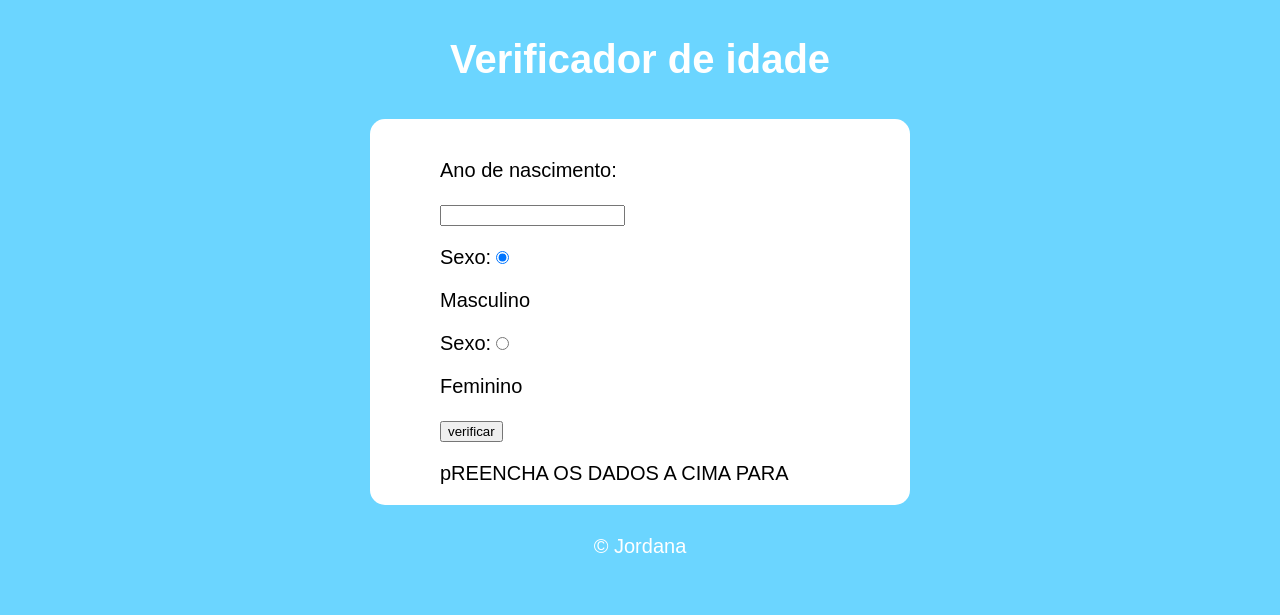
Repository: Iamjordana/Curso-JavaScript
Page: desafio/d02/index.html
An editor plug-in stored every save of this project. The page is shown before and after a run of saves, followed by the edit.
The browser window is 1280 px wide. The pictures show the whole page.

Above is the page before, as saved 2025-02-20 13:42:03.

After the next 2 saves:
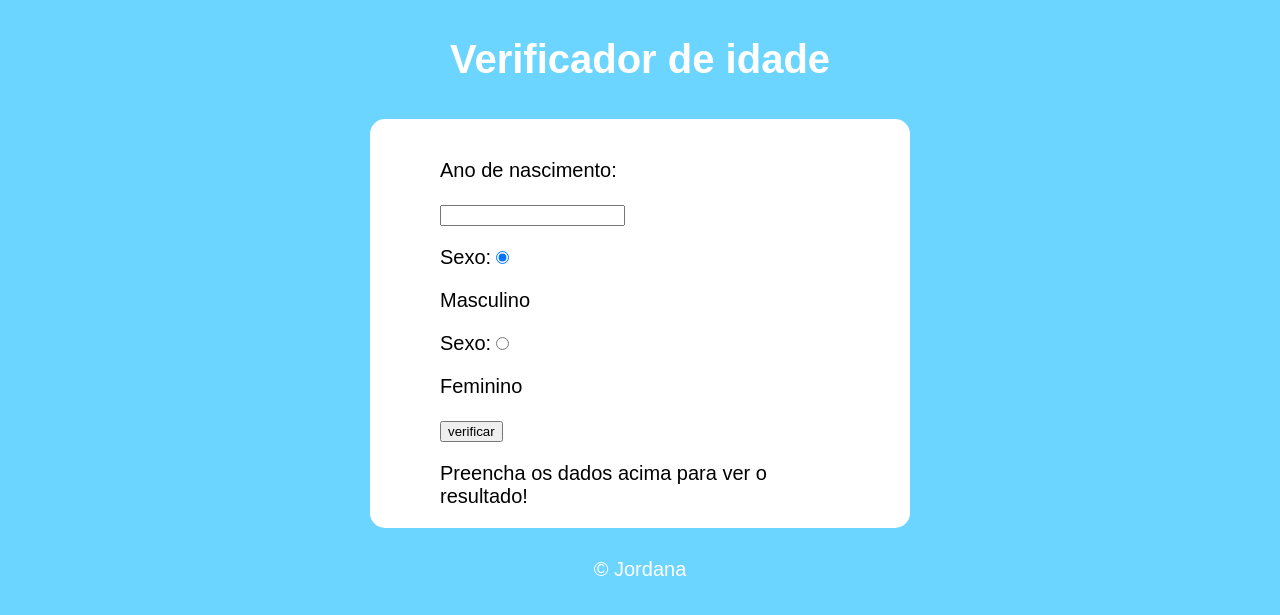
The 2 saves are shown as one change because they came seconds apart.
The last was saved 13 s later.
--- a/desafio/d02/index.html
+++ b/desafio/d02/index.html
@@ -24,7 +24,7 @@
 
         </div>
         <div id="res">
-            pREENCHA OS DADOS A CIMA PARA
+            Preencha os dados acima para ver o resultado!
         </div>
     </section>
     <footer>
